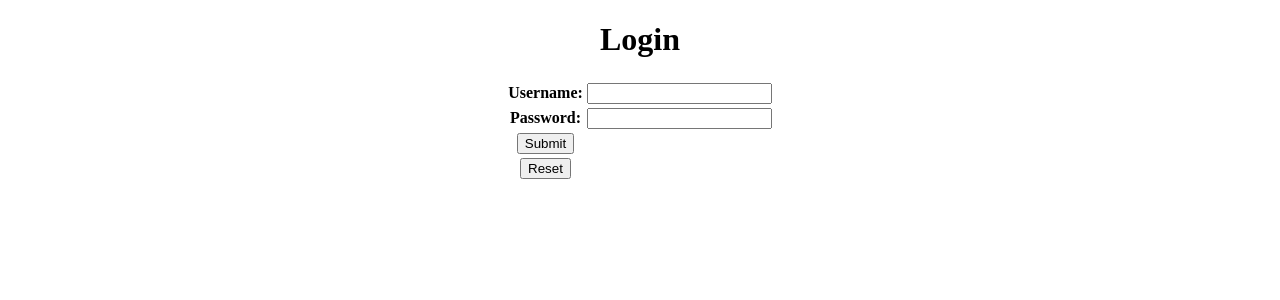
Repository: Sourabhmag/week-5
Page: http://localhost/LoginApp/login.jsp
An editor plug-in stored every save of this project. The page is shown before and after the next save, followed by the edit.
The browser window is 1280 px wide. The pictures show the whole page.
The page is served by Tomcat 9. Other server files are loaded and not shown.

Above is the page before, as saved 2019-11-06 10:43:56.

### LoginApp/WebContent/login.jsp
<%@ page language="java" contentType="text/html; charset=UTF-8"
	pageEncoding="UTF-8"%>
<!DOCTYPE html>
<html>
<head>
<style type="text/css">
	form {text-align:center;}
	table {text-align:center;}
	tr {text-align:center;}
	th {text-align:center;}
	h1 {text-align:center;}
</style>
<meta charset="UTF-8">
<title>Welcome to my Website</title>
</head>
<body>
	<h1>Login</h1>
	<form action="" method="get">
	<table align="center">
		<tr><th >Username:</th> <th ><input type="text" name="firstname"></th></tr>
		<tr><th >Password:</th> <th ><input type="password" name="firstname"></th></tr>
		<tr><th ><input type="submit" name="submit"></th></tr>
		<th ><input type=reset name="Clear"></th>





		</table>
	</form>
</body>
</html>

After the next save:
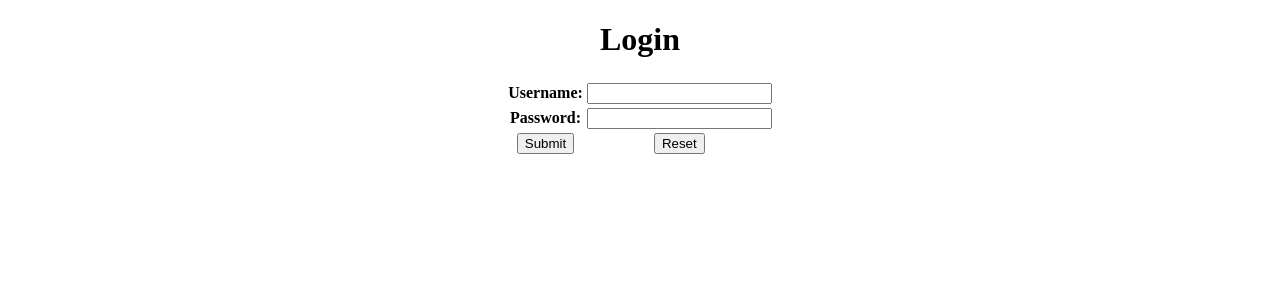
Saved 13 s later.
--- a/LoginApp/WebContent/login.jsp
+++ b/LoginApp/WebContent/login.jsp
@@ -19,8 +19,8 @@
 	<table align="center">
 		<tr><th >Username:</th> <th ><input type="text" name="firstname"></th></tr>
 		<tr><th >Password:</th> <th ><input type="password" name="firstname"></th></tr>
-		<tr><th ><input type="submit" name="submit"></th></tr>
-		<th ><input type=reset name="Clear"></th>
+		<tr><th ><input type="submit" name="submit"></th>
+		<th ><input type=reset name="Clear"></th></tr>
 
 
 
